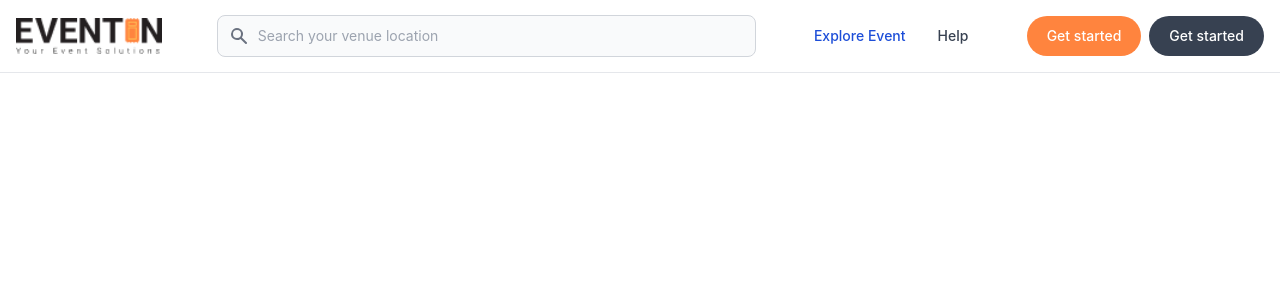
Repository: farrelmuhammad/eventon-indobild
Page: /
An editor plug-in stored every save of this project. The page is shown before and after the next save, followed by the edit.
The browser window is 1280 px wide. The pictures show the whole page.
The project was rebuilt for these pictures with package versions that can differ from the ones it lists, and the page was loaded fresh each time. Also part of the build but not shown: src/App.css.

Above is the page before, as saved 2023-02-07 15:47:34.

### src/App.js
import logo from './logo.svg';
import './App.css';
import { Route, Routes } from 'react-router-dom';
import Home from './pages/Home';

function App() {
  return (
    <>
    <Routes>
      <Route exact path="/" element={<Home />} />
    </Routes>
    </>
  );
}

export default App;

### src/pages/Home.jsx
import React from 'react'
import Navbar from '../components/Navbar'

const Home = () => {
    return (
        <>
            <Navbar />
        </>
    )
}

export default Home

### src/components/Navbar.jsx
import React from 'react'
import Logo from "../assets/logo.png"

const Navbar = () => {
    return (

        <nav class="bg-white px-2 sm:px-4 py-2.5 fixed w-full z-20 top-0 left-0 border-b border-gray-200">
            <div class="container flex flex-wrap items-center justify-between mx-auto">
                <a href="https://flowbite.com/" class="flex items-center">
                    <img src={Logo} class="h-6 mr-3 sm:h-9" alt="Eventon Logo" />
                </a>

                <form class="flex items-center w-[539px]">
                    {/* <label for="simple-search" class="sr-only">Search your venue location</label> */}
                    <div class="relative w-full">
                        <div class="absolute inset-y-0 left-0 flex items-center pl-3 pointer-events-none">
                            <svg aria-hidden="true" class="w-5 h-5 text-gray-500 dark:text-gray-400" fill="currentColor" viewBox="0 0 20 20" xmlns="http://www.w3.org/2000/svg"><path fill-rule="evenodd" d="M8 4a4 4 0 100 8 4 4 0 000-8zM2 8a6 6 0 1110.89 3.476l4.817 4.817a1 1 0 01-1.414 1.414l-4.816-4.816A6 6 0 012 8z" clip-rule="evenodd"></path></svg>
                        </div>
                        <input type="text" id="simple-search" class="bg-gray-50 border border-gray-300 text-gray-900 text-sm rounded-[8px] focus:ring-blue-500 focus:border-blue-500 block w-full pl-10 p-2.5" placeholder="Search your venue location" />
                    </div>
                    {/* <button type="submit" class="p-2.5 ml-2 text-sm font-medium text-white bg-blue-700 rounded-lg border border-blue-700 hover:bg-blue-800 focus:ring-4 focus:outline-none focus:ring-blue-300">
                        <svg class="w-5 h-5" fill="none" stroke="currentColor" viewBox="0 0 24 24" xmlns="http://www.w3.org/2000/svg"><path stroke-linecap="round" stroke-linejoin="round" stroke-width="2" d="M21 21l-6-6m2-5a7 7 0 11-14 0 7 7 0 0114 0z"></path></svg>
                        <span class="sr-only">Search</span>
                    </button> */}
                </form>

                <div class="flex md:order-2 gap-2">
                    <button type="button" class="text-white bg-[#FF843E] hover:bg-blue-800 focus:ring-4 focus:outline-none focus:ring-blue-300 font-medium rounded-full text-sm px-5 py-2.5 text-center mr-3 md:mr-0">Get started</button>
                    <button type="button" class="text-white bg-gray-700 hover:bg-blue-800 focus:ring-4 focus:outline-none focus:ring-blue-300 font-medium rounded-full text-sm px-5 py-2.5 text-center mr-3 md:mr-0">Get started</button>
                </div>
                <div class="items-center justify-between hidden w-full md:flex md:w-auto md:order-1" id="navbar-sticky">
                    <ul class="flex flex-col p-4 mt-4 border border-gray-100 rounded-lg bg-gray-50 md:flex-row md:space-x-8 md:mt-0 md:text-sm md:font-medium md:border-0 md:bg-white">
                        <li>
                            <a href="#" class="block py-2 pl-3 pr-4 text-white bg-blue-700 rounded md:bg-transparent md:text-blue-700 md:p-0 dark:text-white" aria-current="page">Explore Event</a>
                        </li>
                        <li>
                            <a href="#" class="block py-2 pl-3 pr-4 text-gray-700 rounded hover:bg-gray-100 md:hover:bg-transparent md:hover:text-blue-700 md:p-0">Help</a>
                        </li>
                    </ul>
                </div>
            </div>
        </nav>

    )
}

export default Navbar

Loaded but not shown: public/index.html (common file); src/index.js (common file); src/index.css (common file); src/reportWebVitals.js (common file); tailwind.config.js (common file)

After the next save:
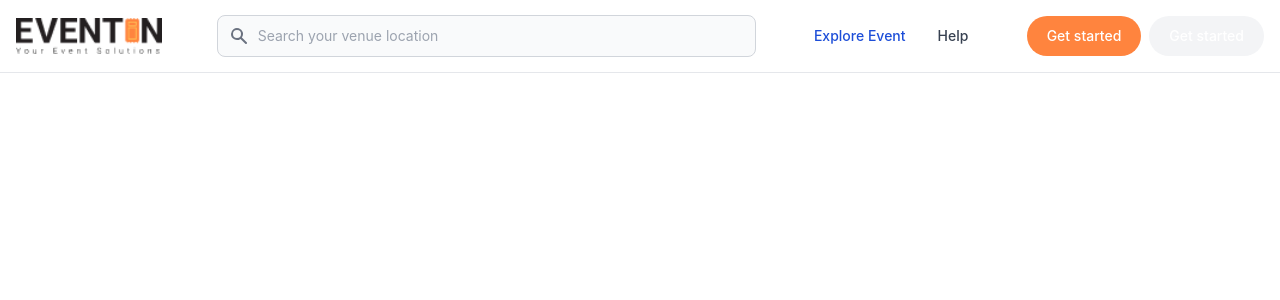
Saved 5 s later.
--- a/src/components/Navbar.jsx
+++ b/src/components/Navbar.jsx
@@ -26,7 +26,7 @@ const Navbar = () => {
 
                 <div class="flex md:order-2 gap-2">
                     <button type="button" class="text-white bg-[#FF843E] hover:bg-blue-800 focus:ring-4 focus:outline-none focus:ring-blue-300 font-medium rounded-full text-sm px-5 py-2.5 text-center mr-3 md:mr-0">Get started</button>
-                    <button type="button" class="text-white bg-gray-700 hover:bg-blue-800 focus:ring-4 focus:outline-none focus:ring-blue-300 font-medium rounded-full text-sm px-5 py-2.5 text-center mr-3 md:mr-0">Get started</button>
+                    <button type="button" class="text-white bg-gray-100 hover:bg-blue-800 focus:ring-4 focus:outline-none focus:ring-blue-300 font-medium rounded-full text-sm px-5 py-2.5 text-center mr-3 md:mr-0">Get started</button>
                 </div>
                 <div class="items-center justify-between hidden w-full md:flex md:w-auto md:order-1" id="navbar-sticky">
                     <ul class="flex flex-col p-4 mt-4 border border-gray-100 rounded-lg bg-gray-50 md:flex-row md:space-x-8 md:mt-0 md:text-sm md:font-medium md:border-0 md:bg-white">
